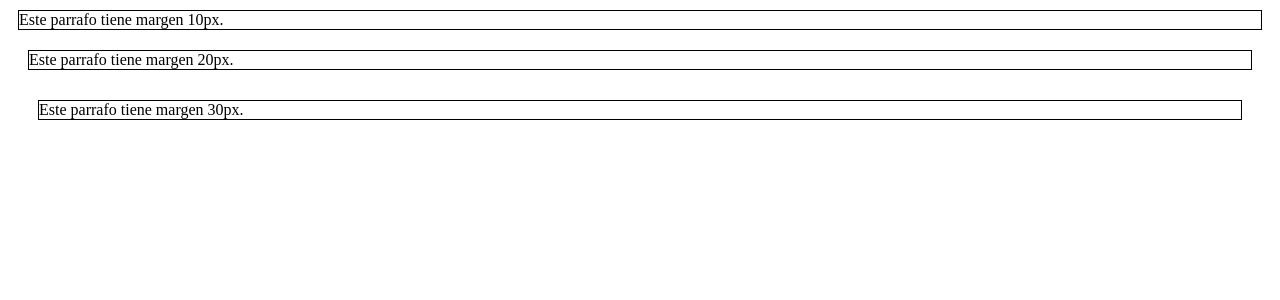
Repository: cesarsant0203/My_Study
Page: Introducción al desarrollo web/2-Css/2.11/2.11-modelo_de_caja_css.html
These files come from the project's save history. The page is drawn as it stood at one moment and after a run of saves; the edit follows.
The browser window is 1280 px wide. The pictures show the whole page.

Above is the page before, as saved 2020-04-29 16:02:06.

After the next 6 saves:
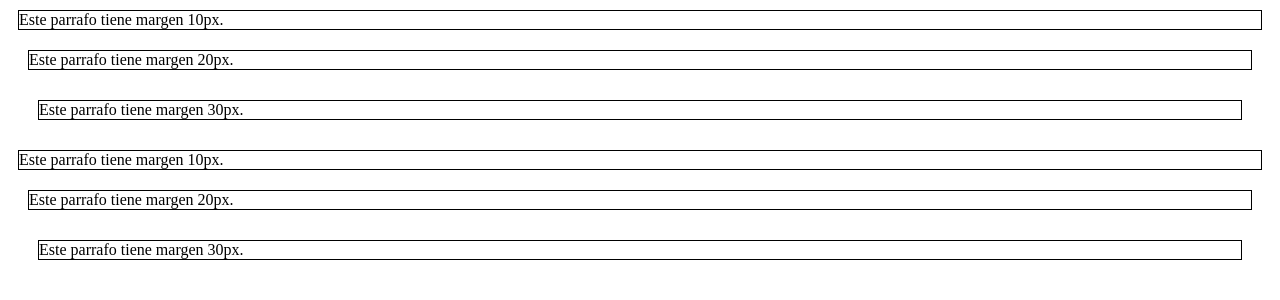
The 6 saves are shown as one change because they came seconds apart.
The last was saved 12 s later.
--- a/Introducción al desarrollo web/2-Css/2.11/2.11-modelo_de_caja_css.html
+++ b/Introducción al desarrollo web/2-Css/2.11/2.11-modelo_de_caja_css.html
@@ -18,8 +18,18 @@
     <p class="margen-30">
         Este parrafo tiene margen 30px.
     </p>
-</section>
-
+    </section>
+    <section>
+        <p class="margen-10">
+            Este parrafo tiene margen 10px.
+        </p>
+        <p class="margen-20">
+            Este parrafo tiene margen 20px.
+        </p>
+        <p class="margen-30">
+            Este parrafo tiene margen 30px.
+        </p>
+    </section>
 </body>
 
 </html>

After the save that followed:
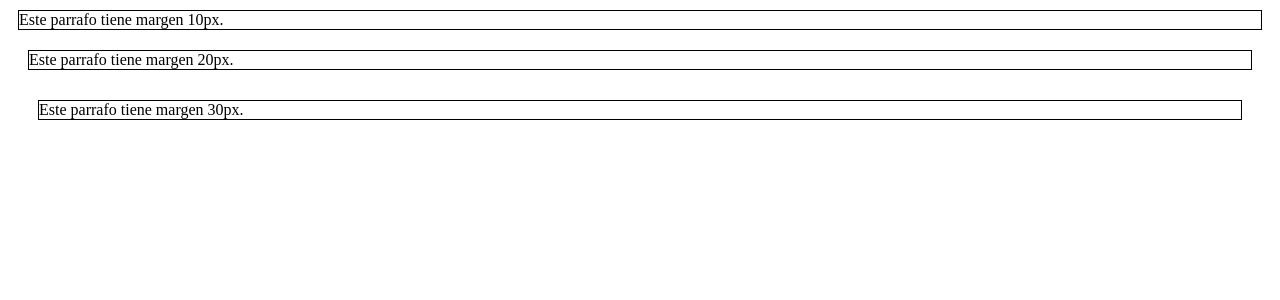
Saved 25 s later.
--- a/Introducción al desarrollo web/2-Css/2.11/2.11-modelo_de_caja_css.html
+++ b/Introducción al desarrollo web/2-Css/2.11/2.11-modelo_de_caja_css.html
@@ -20,15 +20,6 @@
     </p>
     </section>
     <section>
-        <p class="margen-10">
-            Este parrafo tiene margen 10px.
-        </p>
-        <p class="margen-20">
-            Este parrafo tiene margen 20px.
-        </p>
-        <p class="margen-30">
-            Este parrafo tiene margen 30px.
-        </p>
     </section>
 </body>
 
